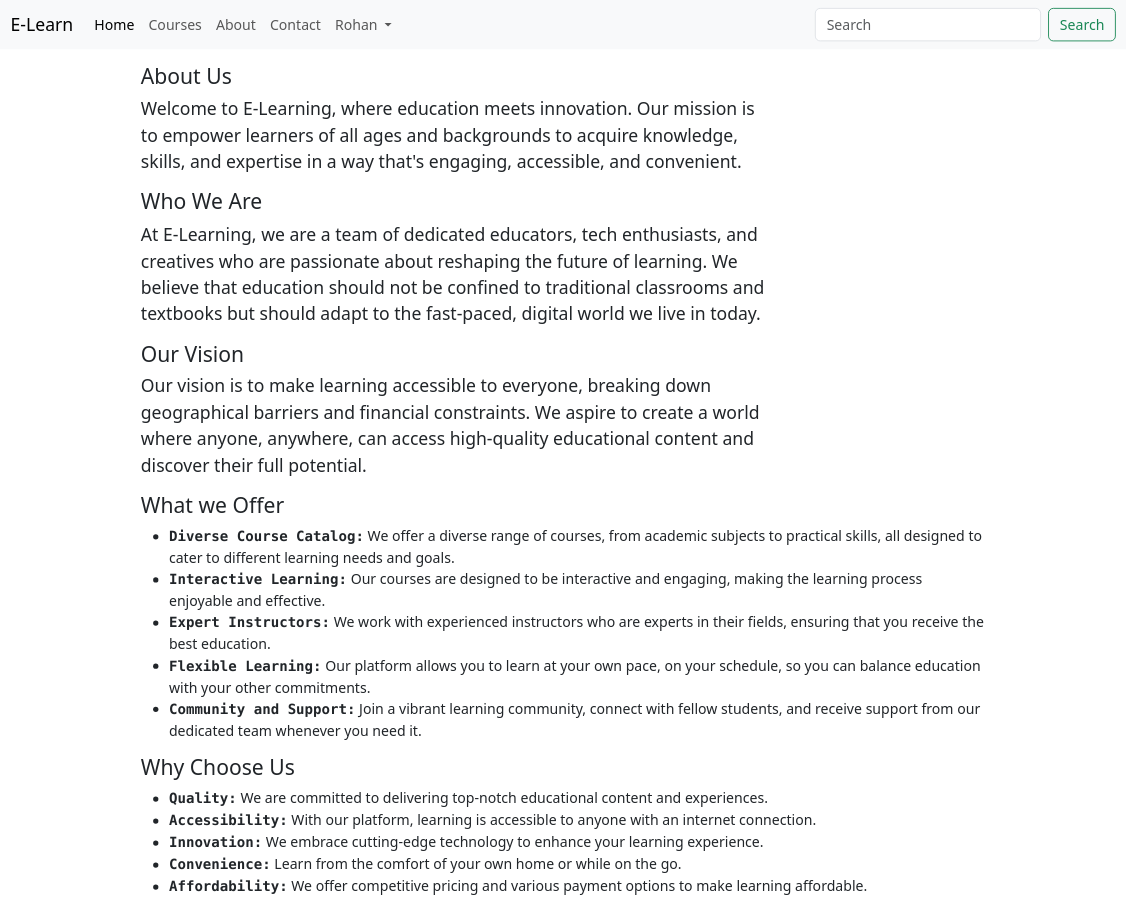
Repository: syni18/bootstrap_elarn
Page: About.html
The author's editor kept a copy of each file at every save. The page is drawn from the files as they stood at one save, then again after the next save.
The browser window is 1280 px wide. The pictures show the whole page, at 88% of full size.

Above is the page before, as saved 2023-10-25 23:26:43.

### About.html
<!doctype html>
<html lang="en">
  <head>
    <meta charset="utf-8">
    <meta name="viewport" content="width=device-width, initial-scale=1">
    <title>E-Learning</title>
    <link href="https://cdn.jsdelivr.net/npm/bootstrap@5.3.2/dist/css/bootstrap.min.css" rel="stylesheet" integrity="sha384-T3c6CoIi6uLrA9TneNEoa7RxnatzjcDSCmG1MXxSR1GAsXEV/Dwwykc2MPK8M2HN" crossorigin="anonymous">
  </head>
  <body>
    <nav class="navbar navbar-expand-lg bg-body-tertiary">
  <div class="container-fluid">
    <a class="navbar-brand" href="#">E-Learn</a>
    <button class="navbar-toggler" type="button" data-bs-toggle="collapse" data-bs-target="#navbarSupportedContent" aria-controls="navbarSupportedContent" aria-expanded="false" aria-label="Toggle navigation">
      <span class="navbar-toggler-icon"></span>
    </button>
    <div class="collapse navbar-collapse" id="navbarSupportedContent">
      <ul class="navbar-nav me-auto mb-2 mb-lg-0">
        <li class="nav-item">
          <a class="nav-link active" aria-current="page" href="#">Home</a>
        </li>
        <li class="nav-item">
          <a class="nav-link" href="#">Courses</a>
        </li>
        <li class="nav-item">
          <a class="nav-link" href="#">About</a>
        </li>
        <li class="nav-item">
          <a class="nav-link" href="#">Contact</a>
        </li>
        <li class="nav-item dropdown">
          <a class="nav-link dropdown-toggle" href="#" role="button" data-bs-toggle="dropdown" aria-expanded="false">
            Rohan
          </a>
          <ul class="dropdown-menu">
            <li><a class="dropdown-item" href="#">My Profile</a></li>
            <li><a class="dropdown-item" href="#">My Courses</a></li>
            <li><hr class="dropdown-divider"></li>
            <li><a class="dropdown-item" href="#">Log Out</a></li>
          </ul>
        </li>
      </ul>
      <form class="d-flex" role="search">
        <input class="form-control me-2" type="search" placeholder="Search" aria-label="Search">
        <button class="btn btn-outline-success" type="submit">Search</button>
      </form>
    </div>
  </div>
</nav>
<div class="m-auto w-75">
    <div class="mt-3">
    <h6 class="fs-4 ">About Us</h6>
    <p class="w-75  lead">Welcome to E-Learning, where education meets innovation. Our mission is to empower learners of all ages and backgrounds to acquire knowledge, skills, and expertise in a way that's engaging, accessible, and convenient.</p>
</div>
<div class="mt-3">
    <h6 class="fs-4">Who We Are</h6>
    <p class="w-75 lead">At E-Learning, we are a team of dedicated educators, tech enthusiasts, and creatives who are passionate about reshaping the future of learning. We believe that education should not be confined to traditional classrooms and textbooks but should adapt to the fast-paced, digital world we live in today.</p>
</div>
<div class="mt-3">
    <h6 class="fs-4 ">Our Vision</h6>
    <p class="w-75  lead">Our vision is to make learning accessible to everyone, breaking down geographical barriers and financial constraints. We aspire to create a world where anyone, anywhere, can access high-quality educational content and discover their full potential.</p>
</div>
<div class="mt-3">
    <h6 class="fs-4 ">What we Offer</h6>
    <ul class="">
        <li class=""><samp class="fw-bolder">Diverse Course Catalog:</samp> We offer a diverse range of courses, from academic subjects to practical skills, all designed to cater to different learning needs and goals.</li>
        <li><samp class="fw-bolder">Interactive Learning:</samp> Our courses are designed to be interactive and engaging, making the learning process enjoyable and effective.</li>
        <li><samp class="fw-bolder">Expert Instructors:</samp> We work with experienced instructors who are experts in their fields, ensuring that you receive the best education.</li>
        <li><samp class="fw-bolder">Flexible Learning:</samp> Our platform allows you to learn at your own pace, on your schedule, so you can balance education with your other commitments.</li>
        <li><samp class="fw-bolder">Community and Support:</samp> Join a vibrant learning community, connect with fellow students, and receive support from our dedicated team whenever you need it.</li>
    </ul>
</div>
<div class="mt-3">
    <h6 class="fs-4 ">Why Choose Us</h6>
    <ul class="">
        <li class=""><samp class="fw-bolder">Quality:</samp>  We are committed to delivering top-notch educational content and experiences.</li>
        <li><samp class="fw-bolder">Accessibility:</samp>  With our platform, learning is accessible to anyone with an internet connection.</li>
        <li><samp class="fw-bolder">Innovation:</samp> We embrace cutting-edge technology to enhance your learning experience.</li>
        <li><samp class="fw-bolder">Convenience:</samp> Learn from the comfort of your own home or while on the go.</li>
        <li><samp class="fw-bolder">Affordability:</samp>  We offer competitive pricing and various payment options to make learning affordable.</li>
    </ul>
</div>
</div>
    <script src="https://cdn.jsdelivr.net/npm/bootstrap@5.3.2/dist/js/bootstrap.bundle.min.js" integrity="sha384-C6RzsynM9kWDrMNeT87bh95OGNyZPhcTNXj1NW7RuBCsyN/o0jlpcV8Qyq46cDfL" crossorigin="anonymous"></script>
  </body>
</html>

After the next save:
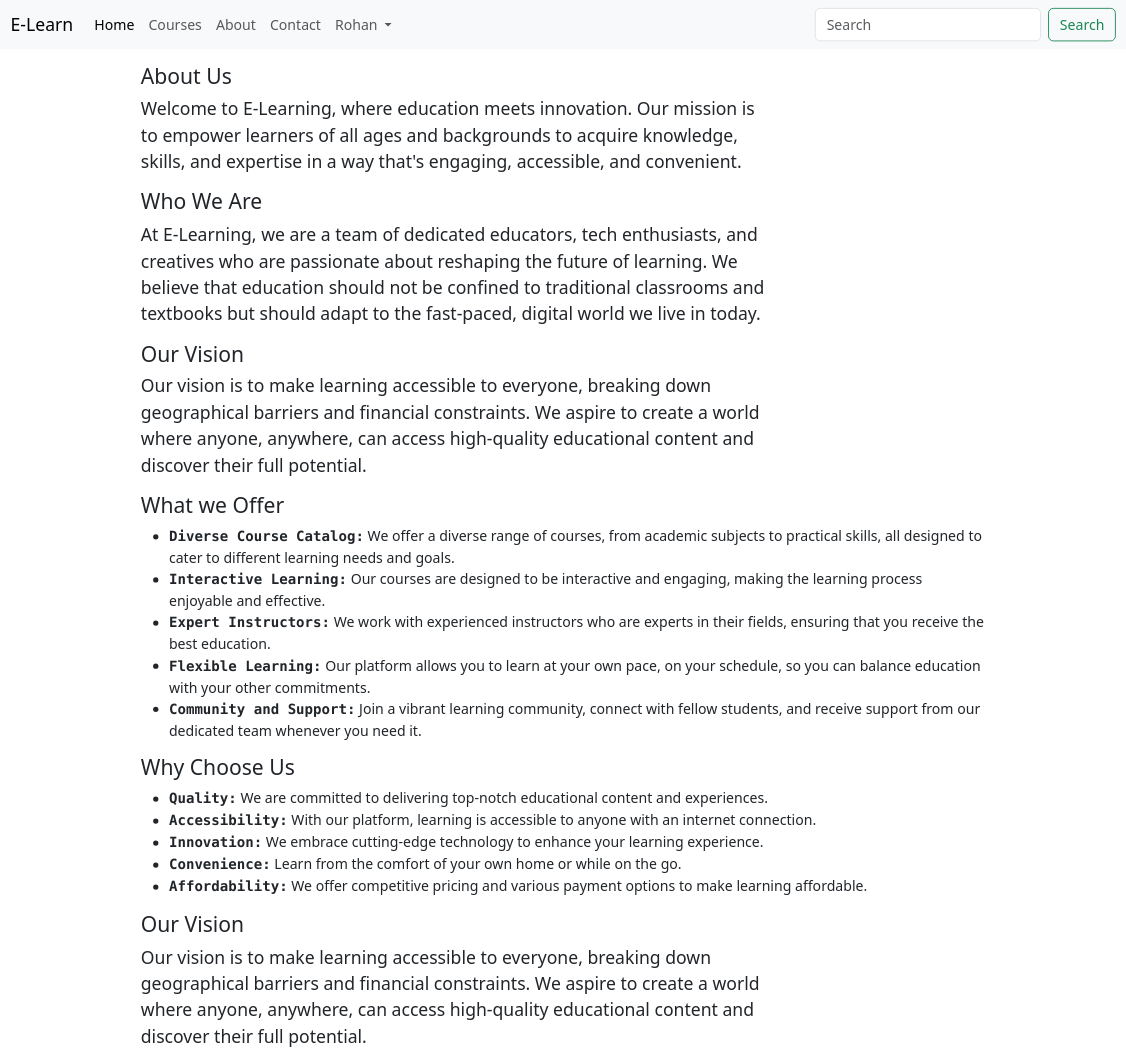
Saved 29 s later.
--- a/About.html
+++ b/About.html
@@ -79,6 +79,10 @@
         <li><samp class="fw-bolder">Affordability:</samp>  We offer competitive pricing and various payment options to make learning affordable.</li>
     </ul>
 </div>
+<div class="mt-3">
+    <h6 class="fs-4 ">Our Vision</h6>
+    <p class="w-75  lead">Our vision is to make learning accessible to everyone, breaking down geographical barriers and financial constraints. We aspire to create a world where anyone, anywhere, can access high-quality educational content and discover their full potential.</p>
+</div>
 </div>
     <script src="https://cdn.jsdelivr.net/npm/bootstrap@5.3.2/dist/js/bootstrap.bundle.min.js" integrity="sha384-C6RzsynM9kWDrMNeT87bh95OGNyZPhcTNXj1NW7RuBCsyN/o0jlpcV8Qyq46cDfL" crossorigin="anonymous"></script>
   </body>
